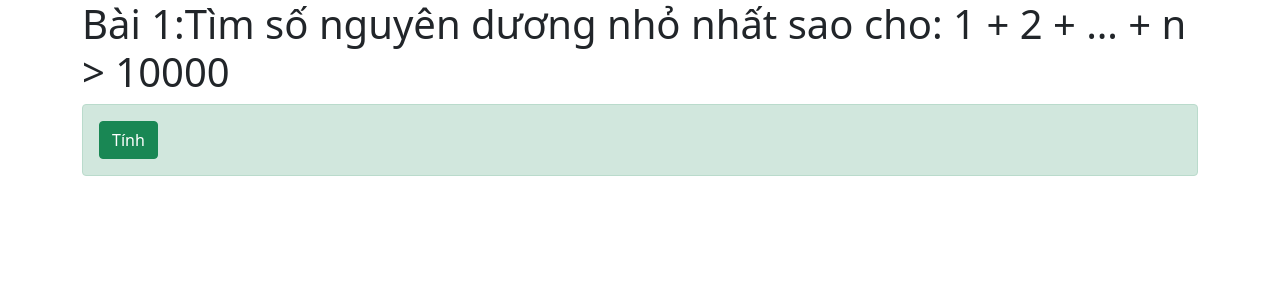
Repository: qkhanh1104k/Js-buoi7-8
Page: index.html
The author's editor kept a copy of each file at every save. The page is drawn from the files as they stood at one save, then again after the next save.
The browser window is 1280 px wide. The pictures show the whole page.

Above is the page before, as saved 2022-07-26 18:16:34.

After the next save:
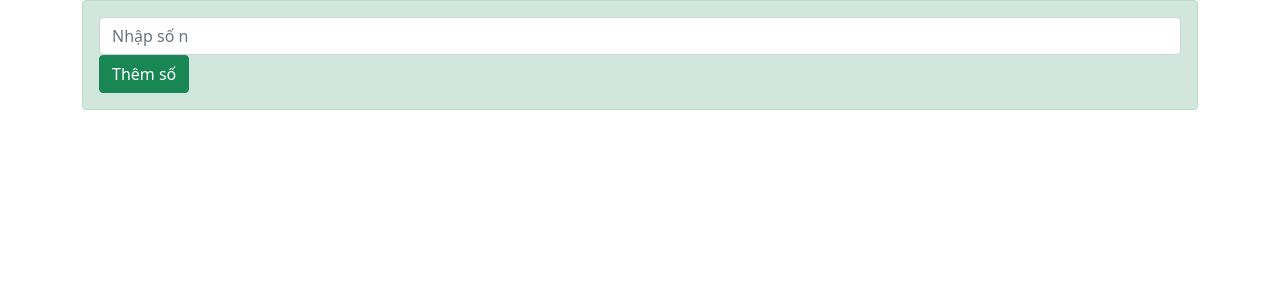
Saved 10 min 57 s later.
--- a/index.html
+++ b/index.html
@@ -1,9 +1,9 @@
 <!DOCTYPE html>
 <html lang="en">
-<head>
-    <meta charset="UTF-8">
-    <meta http-equiv="X-UA-Compatible" content="IE=edge">
-    <meta name="viewport" content="width=device-width, initial-scale=1.0">
+  <head>
+    <meta charset="UTF-8" />
+    <meta http-equiv="X-UA-Compatible" content="IE=edge" />
+    <meta name="viewport" content="width=device-width, initial-scale=1.0" />
     <title>Document</title>
     <link
       href="https://cdn.jsdelivr.net/npm/bootstrap@5.1.3/dist/css/bootstrap.min.css"
@@ -11,16 +11,21 @@
       integrity="sha384-1BmE4kWBq78iYhFldvKuhfTAU6auU8tT94WrHftjDbrCEXSU1oBoqyl2QvZ6jIW3"
       crossorigin="anonymous"
     />
-</head>
-<body>
+  </head>
+  <body>
     <div class="container">
-        <h1>Bài 1:Tìm số nguyên dương nhỏ nhất sao cho: 1 + 2 + … + n > 10000</h1>
-        <div>
-          <div class="alert alert-success" id="resultBt1">
-            <button class="btn btn-success" onclick="demoWhile()">Tính</button>
-          </div>
+      <div>
+        <div class="alert alert-success" id="resultBt1">
+          <input
+            type="text"
+            placeholder="Nhập số n"
+            id="txtNumBt22"
+            class="form-control"
+          />
+          <button class="btn btn-success" onclick="demoWhile()">Thêm số</button>
         </div>
+      </div>
     </div>
     <script src="./index.js"></script>
-</body>
+  </body>
 </html>
